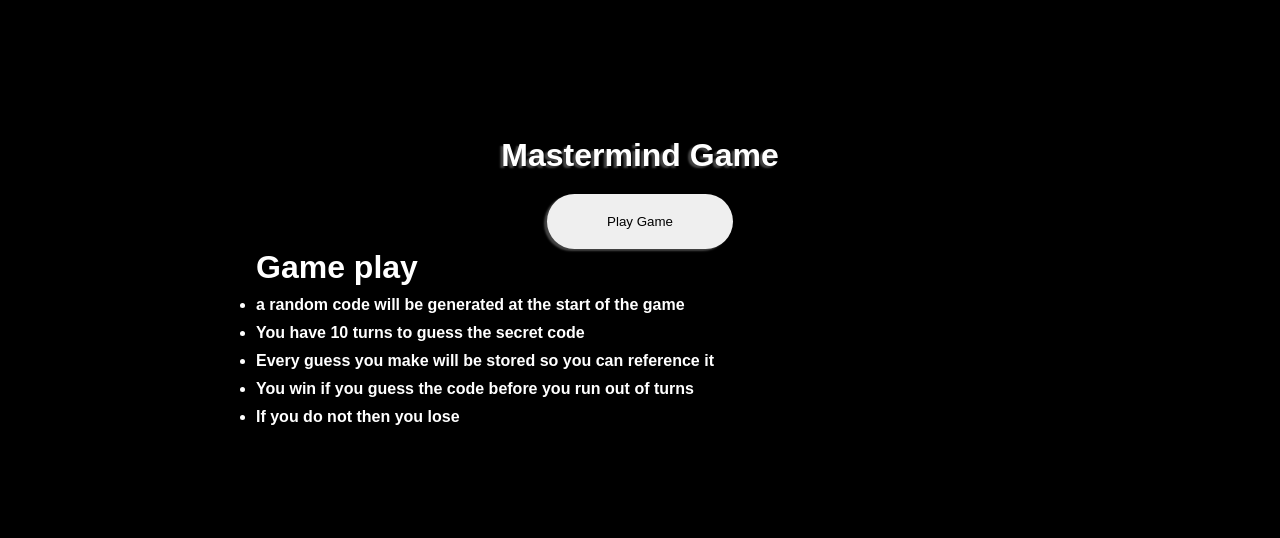
Repository: programmer686/Mastermind-with-Next.js
Page: /
An editor plug-in stored every save of this project. The page is shown before and after the next save, followed by the edit.
The browser window is 1280 px wide. The pictures show the whole page.
The project was rebuilt for these pictures with package versions that can differ from the ones it lists, and the page was loaded fresh each time. The framework's server and built-in components were replaced by stand-ins that run in the browser. Also part of the build but not shown: next.config.js, src/styles/GameBoard.module.css, src/styles/PastPlay.module.css, src/comps/PastPlay.js, src/styles/GamePlay.module.css, src/comps/Logic.js, src/styles/Results.module.css, src/comps/Results.js and 3 more.

Above is the page before, as saved 2023-07-18 20:39:14.

### src/pages/index.js

import Head from 'next/head'
import Image from 'next/image'
import { Inter } from 'next/font/google'
import styles from '@/styles/Home.module.css'
import StartScreen from '@/comps/StartScreen'
import { useState } from 'react'
import GameBoard from '@/comps/GameBoard'

const inter = Inter({ subsets: ['latin'] })

export default function Home() {
  const [startGame, setStartGame] = useState(true);

  function handleStart() {
    setStartGame(prev => prev ? prev == false : prev == prev);
  }
  return (
    <>
      <Head>
        <title>Create Next App</title>
        <meta name="description" content="Generated by create next app" />
        <meta name="viewport" content="width=device-width, initial-scale=1" />
        <link rel="icon" href="/favicon.ico" />
      </Head>
     <main className={styles.index__body}>
        {startGame ? <StartScreen handleStart={handleStart}/> : <GameBoard/>}
     </main>
    </>
  )
}

### src/styles/Home.module.css


.index__body {
  margin: 0;
  padding: 0;
  box-sizing: border-box;
  width: 100vw;
  height: 100vh;
  background-color: black;
}

### src/comps/StartScreen.js
import styles from '@/styles/StartScreen.module.css'

export default function StartScreen(props) {
    return (
        <main className={styles.startscreen__body}>
            <p className={styles.startscreen__game_name}>Mastermind Game</p>
            <button onClick={props.handleStart} className={styles.startscreen__play_button}>Play Game</button>
            <div>
                <h1 className={styles.startscreen__game_fules_li}>Game play</h1>
                <ul className={styles.startscreen__game_fules_container}>
                    <li className={styles.startscreen__game_fules_li}>a random code will be generated at the start of the game</li>
                    <li className={styles.startscreen__game_fules_li}>You have 10 turns to guess the secret code</li>
                    <li className={styles.startscreen__game_fules_li}>Every guess you make will be stored so you can reference it</li>
                    <li className={styles.startscreen__game_fules_li}>You win if you guess the code before you run out of turns</li>
                    <li className={styles.startscreen__game_fules_li}>If you do not then you lose</li>
                </ul>
            </div>
        </main>
    )
}

### src/styles/StartScreen.module.css
.startscreen__body {
    width: 100vw;
    height: 100vh;
    display: flex;
    flex-direction: column;
    align-items: center;
    justify-content: center;
}

.startscreen__play_button {
    max-width: 300px;
    padding: 20px 60px;
    border: none;
    border-radius: 40px;
    box-shadow: -3px 2px 2px rgb(68, 68, 68);
    margin-top: 10px;

}

.startscreen__game_name {
    font-size: 2rem;
    font-weight: bolder;
    font-family: Arial, Helvetica, sans-serif;
    margin-bottom: 10px;
    text-shadow: -3px 2px 2px rgb(68, 68, 68);
    color: white;
}

.startscreen__game_fules_container {
    width: 60vw;
    height: 40vh;
    display: flex;
    flex-direction: column;

}

.startscreen__game_fules_li {
    font-weight: bolder;
    font-family: Arial, Helvetica, sans-serif;
    margin-bottom: 10px;
    color: white;
}

Loaded but not shown: src/pages/_app.js (common file); src/pages/_document.js (common file); src/styles/globals.css (common file)

After the next save:
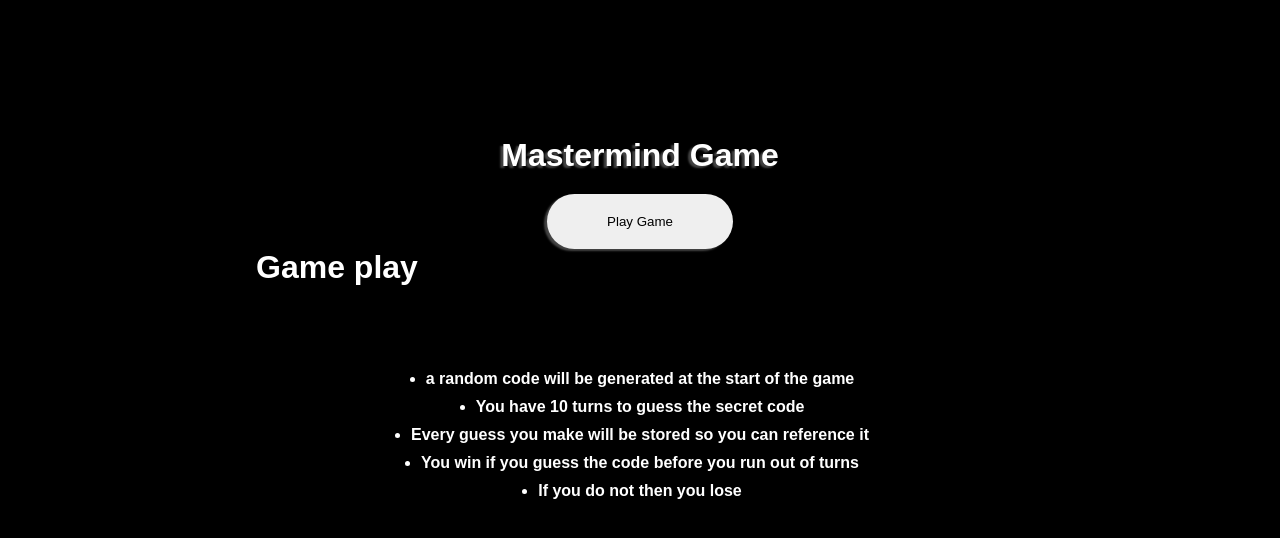
Saved 10 s later.
--- a/src/styles/StartScreen.module.css
+++ b/src/styles/StartScreen.module.css
@@ -31,6 +31,8 @@
     height: 40vh;
     display: flex;
     flex-direction: column;
+    align-items: center;
+    justify-content: center;
 
 }
 
